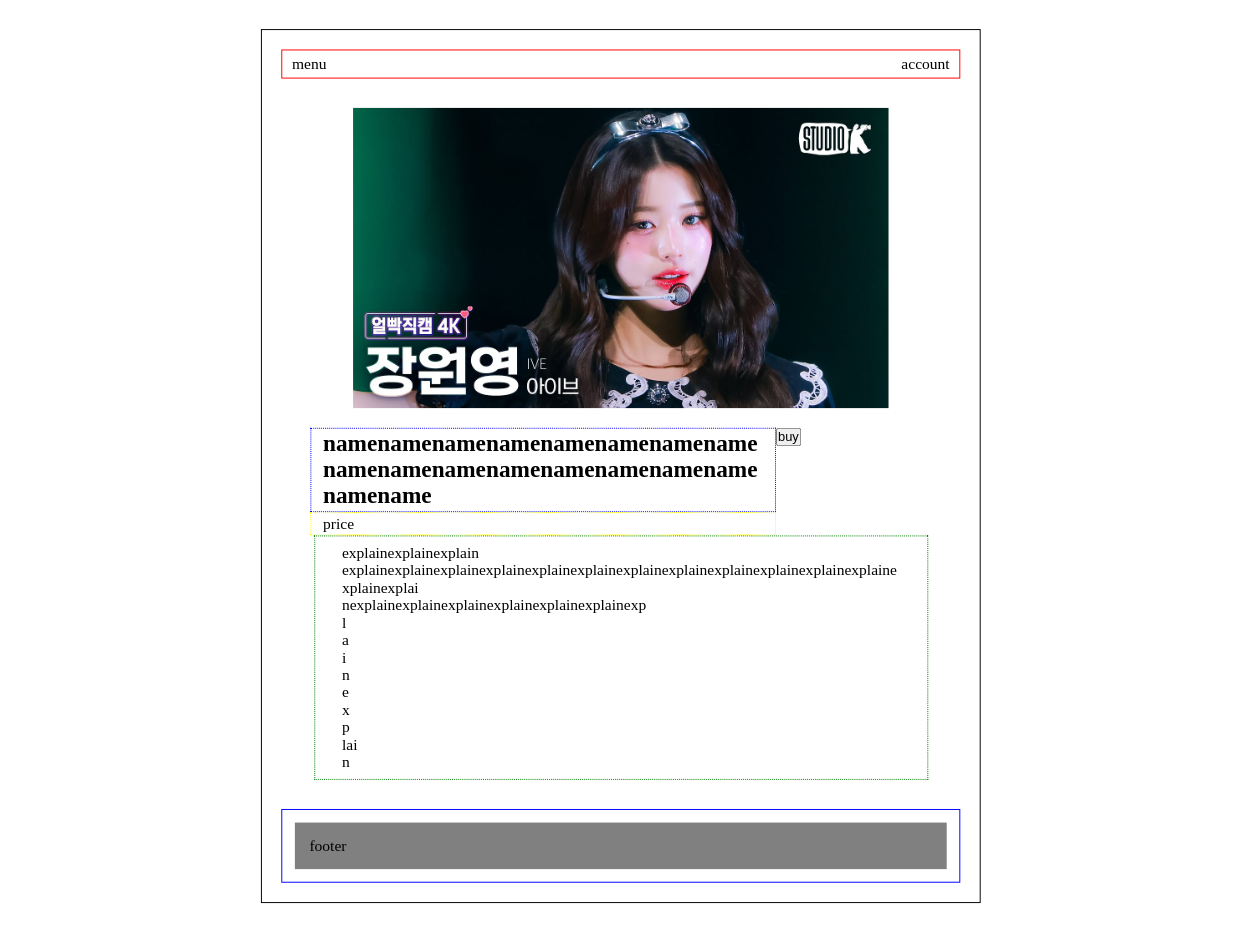
Repository: dongwoon1/cal
Page: http://localhost/calDWC/view.jsp
An editor plug-in stored every save of this project. The page is shown before and after the next save, followed by the edit.
The browser window is 1280 px wide. The pictures show the whole page, at 97% of full size.
The page is served by Tomcat 9.

Above is the page before, as saved 2025-03-20 02:20:17.

After the next save:
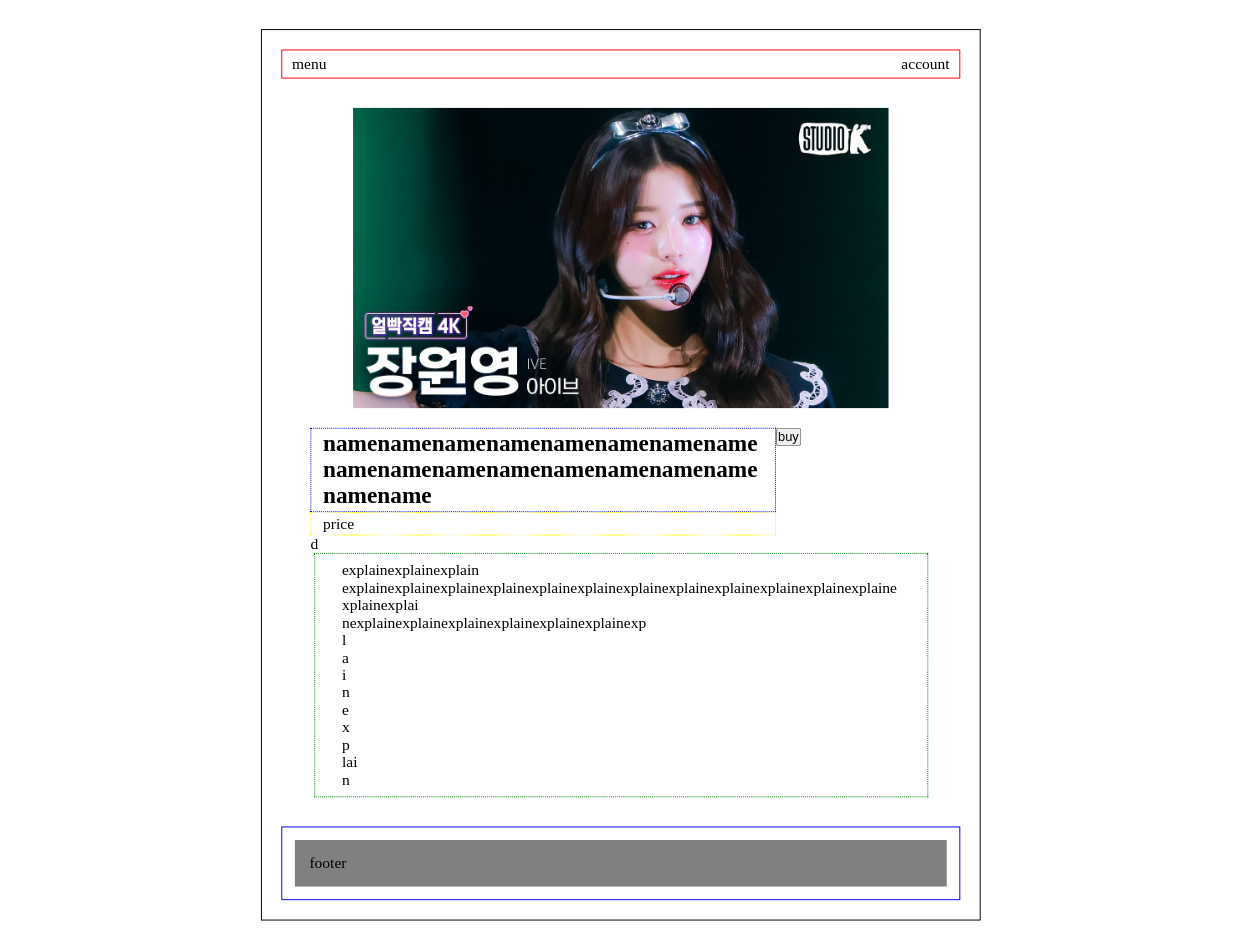
Saved 2 min 11 s later.
--- a/calProject/calDWC/src/main/webapp/view.jsp
+++ b/calProject/calDWC/src/main/webapp/view.jsp
@@ -39,7 +39,7 @@
 					<div>
 						<div id="name-box"><h2>namenamenamenamenamenamenamenamenamenamenamenamenamenamenamenamenamename</h2></div>
 						<div id="price-box">
-							<p>price</p>
+							<p>price</p>d
 						</div>
 					</div>
 

After the save that followed:
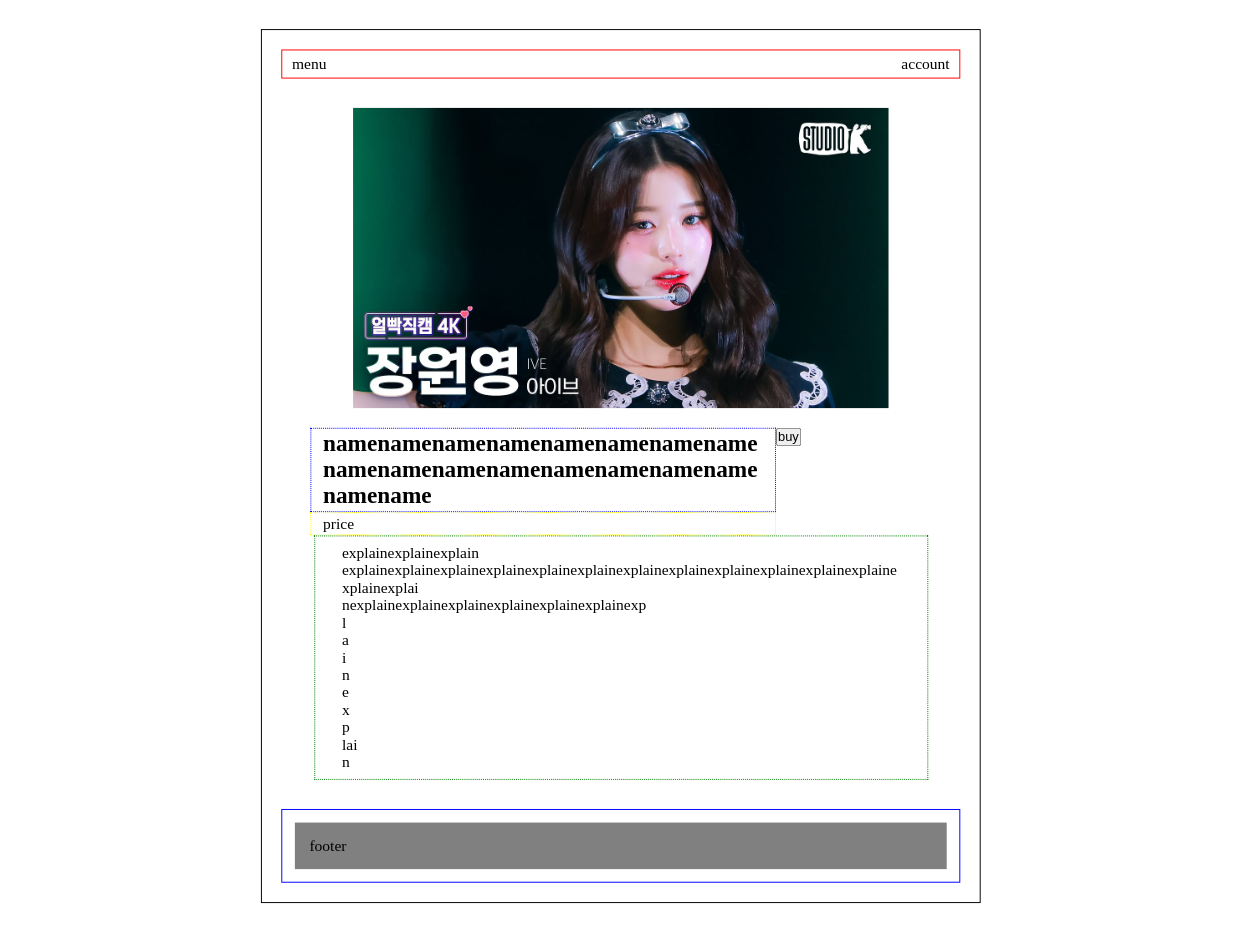
Saved 24 s later.
--- a/calProject/calDWC/src/main/webapp/view.jsp
+++ b/calProject/calDWC/src/main/webapp/view.jsp
@@ -39,7 +39,7 @@
 					<div>
 						<div id="name-box"><h2>namenamenamenamenamenamenamenamenamenamenamenamenamenamenamenamenamename</h2></div>
 						<div id="price-box">
-							<p>price</p>d
+							<p>price</p>
 						</div>
 					</div>
 
